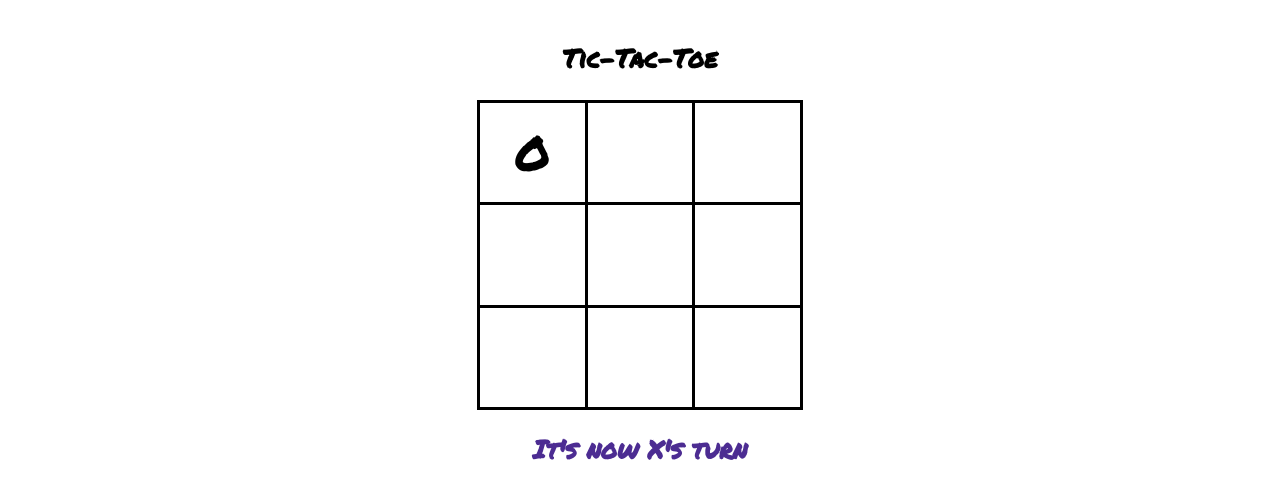
Repository: dev-academy-foundations-records/records-script
Page: Tiaanz/tic-tac-toe/main/index.html
These files come from the project's save history. The page is drawn as it stood at one moment and after a run of saves; the edit follows.
The browser window is 1280 px wide. The pictures show the whole page.
After loading, the first visible `td` was clicked once.

Above is the page before, as saved 2023-02-06 15:31:58.

After the next 3 saves:
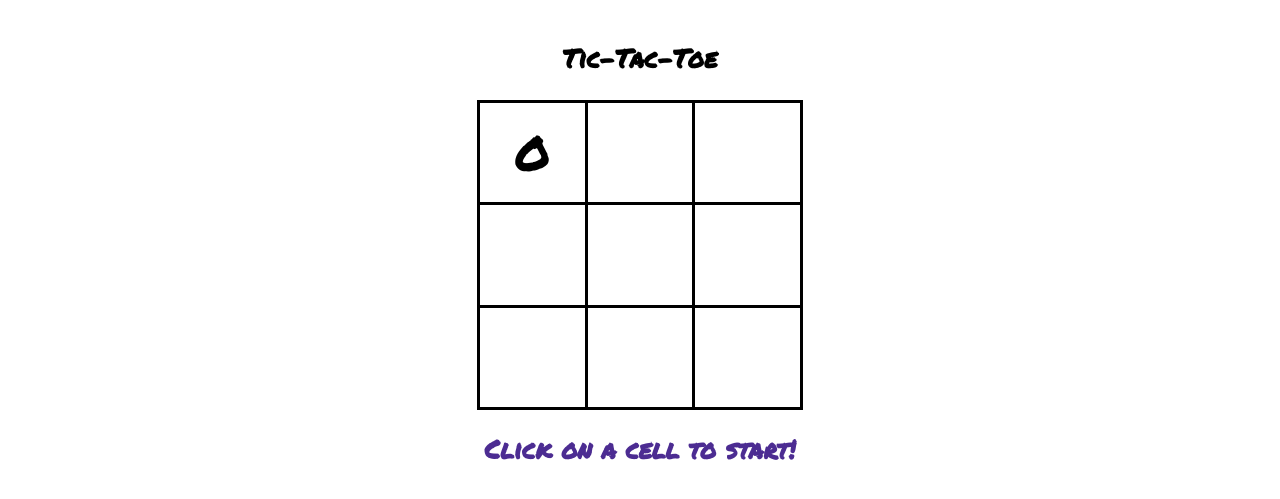
Console error: ReferenceError: gameIs is not defined
The 3 saves are shown as one change because they came seconds apart.
The last was saved 14 s later.
--- a/Tiaanz/tic-tac-toe/main/game.js
+++ b/Tiaanz/tic-tac-toe/main/game.js
@@ -22,7 +22,7 @@ for (let i = 0; i < cells.length; i++) {
       checkForWin("O");
       if (gameIsOver) {
         subtitle.innerHTML = "O won the game";
-      } else {
+      } else if(gameIs) {
         noughtsTurn = false;
         subtitle.innerHTML = "It's now X's turn";
       }
